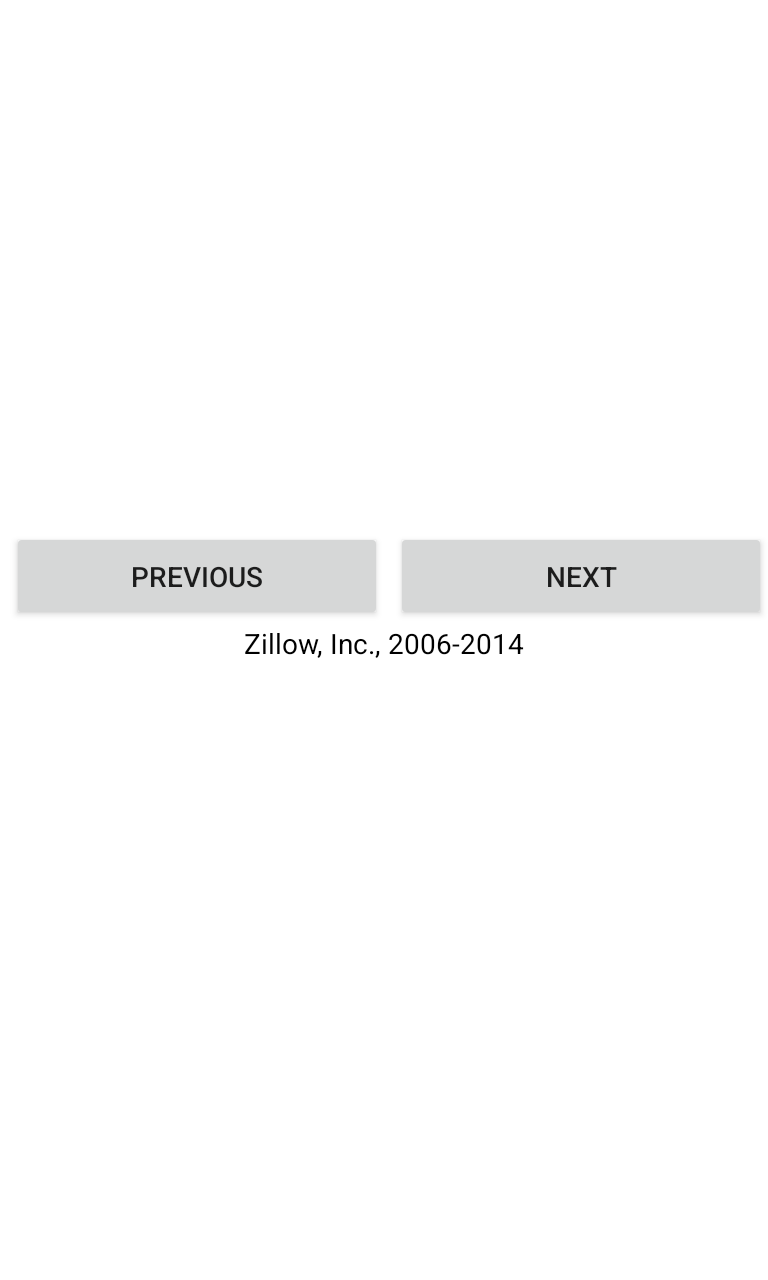
Repository: Warun26/PropertySearch
Layout: PropertySearch/res/layout/historical_zestimates_tab.xml
These files come from the project's save history. The layout is drawn as it stood at one moment and after the next save; the edit follows.
It is drawn on a 768 x 1280 px phone screen (xhdpi) without system bars, with theme AppTheme; the app's code is not run. The app's manifest (not shown) leaves right-to-left support off. So textAlignment, textDirection and layoutDirection are ignored, and left and right values win over start and end ones.

Above is the layout before, as saved 2014-11-23 05:25:02.

After the next save:
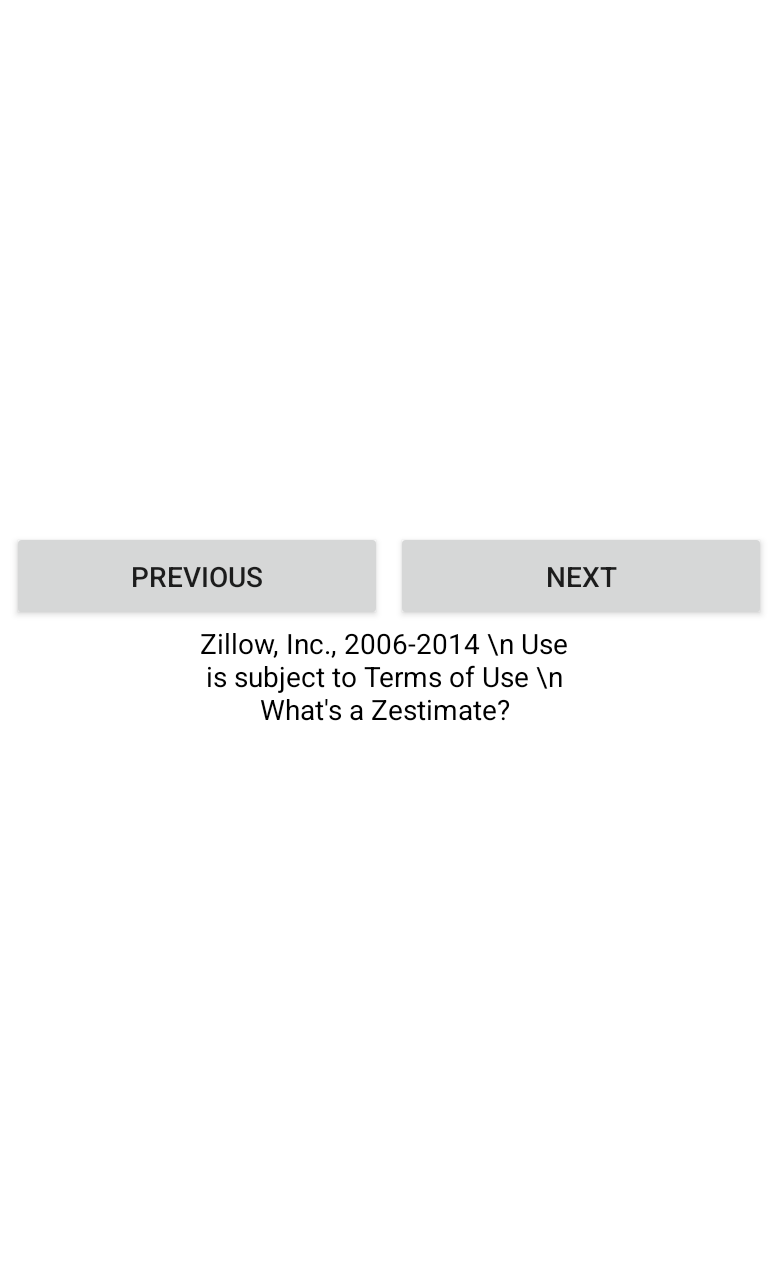
Saved 3 min 36 s later.
--- a/PropertySearch/res/layout/historical_zestimates_tab.xml
+++ b/PropertySearch/res/layout/historical_zestimates_tab.xml
@@ -64,12 +64,12 @@
 	        android:layout_weight="1" />
         </LinearLayout>
         <TextView
-            android:layout_width="150dp"
+            android:layout_width="190dp"
             android:layout_height="wrap_content"
             android:textColorLink="#0000EE"
             android:textColor="#000"
             android:textAlignment="center"
             android:gravity="center_horizontal"
             android:layout_gravity="center_horizontal"
-            android:text="Zillow, Inc., 2006-2014"/>
+            android:text="Zillow, Inc., 2006-2014 \n Use is subject to Terms of Use \n What's a Zestimate?"/>
 </LinearLayout>
